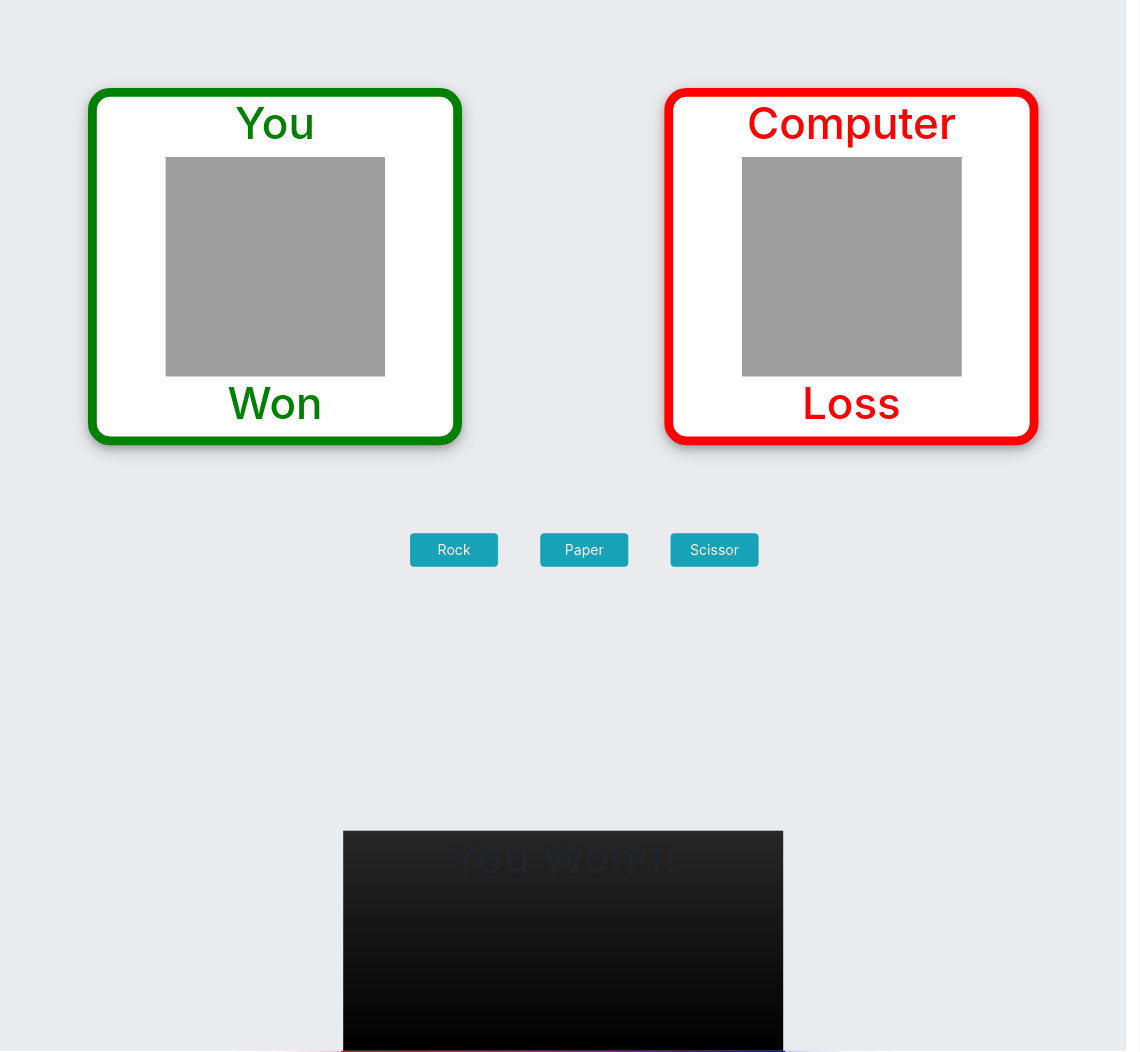
Repository: tts2610/React-Intro
Page: /
An editor plug-in stored every save of this project. The page is shown before and after the next save, followed by the edit.
The browser window is 1280 px wide. The page is 1295 px wide, so the pictures cover 1295 px, including what lies to the right of the window. The pictures show the whole page, at 88% of full size.
Pictures or frames that could not be fetched are drawn as grey boxes. Some web libraries are served in a nearby version. The project was rebuilt for these pictures with package versions that can differ from the ones it lists, and the page was loaded fresh each time.

Above is the page before, as saved 2020-05-26 22:43:04.

After the next save:
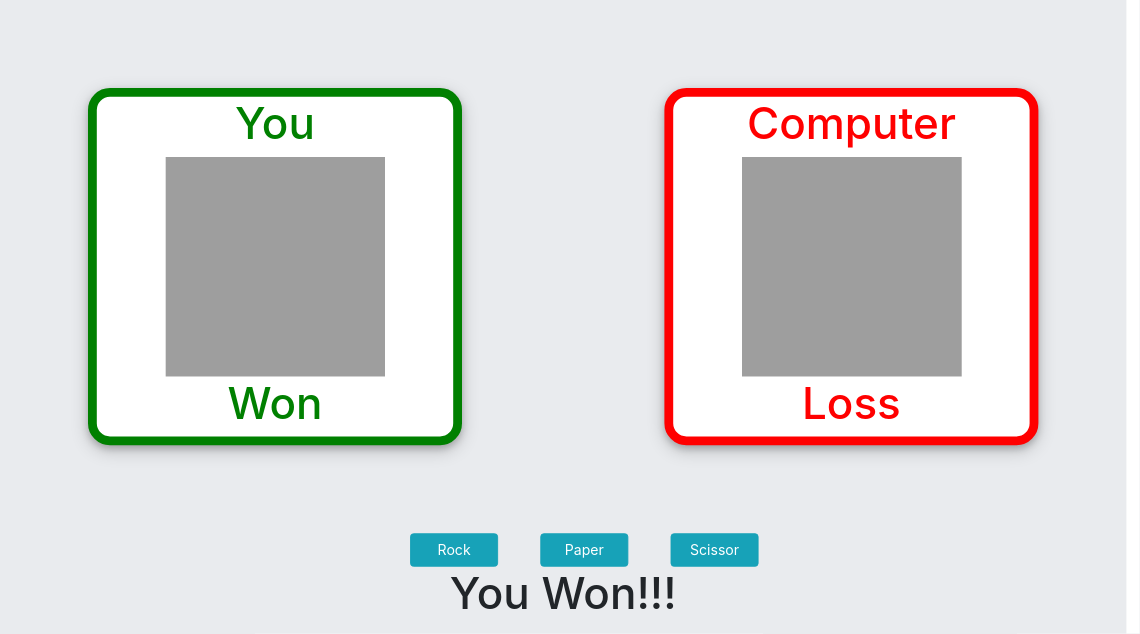
Saved 4 s later.
--- a/src/App.css
+++ b/src/App.css
@@ -58,7 +58,8 @@ h1 {
     animation: steam 20s linear infinite;
 }
 
-.block {
+
+/* .block {
     position: relative;
     margin: 300px auto 0;
     width: 500px;
@@ -94,4 +95,4 @@ h1 {
 
 .block:after {
     filter: blur(50px);
-}
+} */
